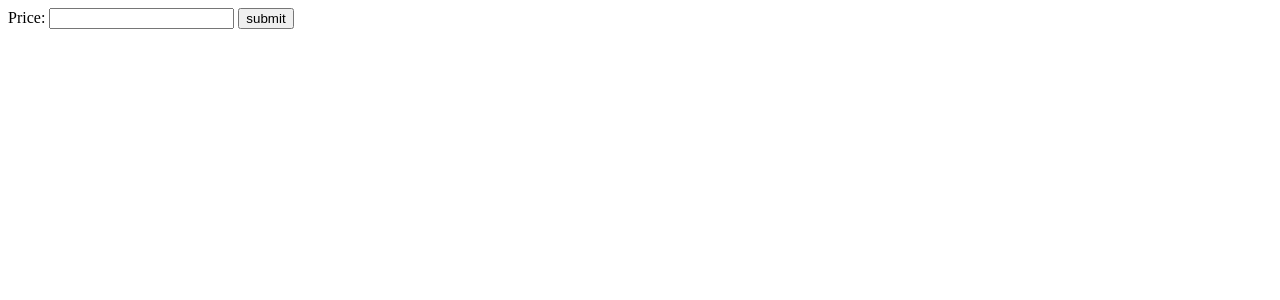
Repository: KoviAnusha/Typescript-files
Page: http://localhost/BookHomeAssignment/Update.jsp
An editor plug-in stored every save of this project. The page is shown before and after the next save, followed by the edit.
The browser window is 1280 px wide. The pictures show the whole page.
The page is served by Tomcat 9.

Above is the page before, as saved 2019-08-23 16:42:01.

After the next save:
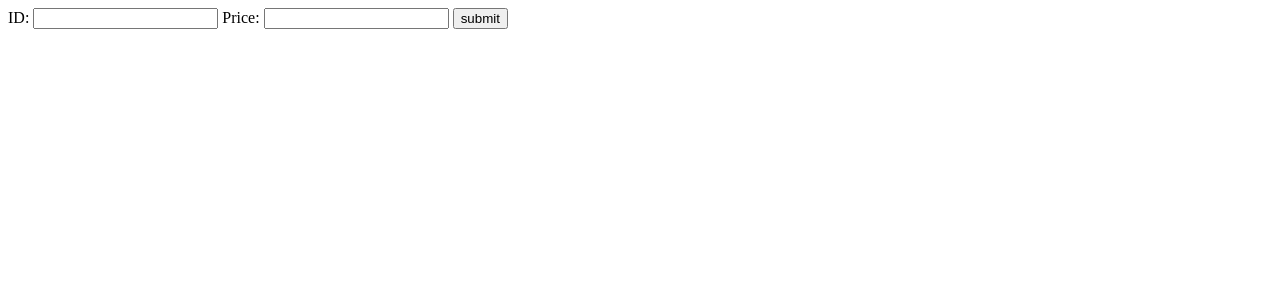
Saved 99 s later.
--- a/workspace-sts-3.9.9.RELEASE/BookHomeAssignment/WebContent/Update.jsp
+++ b/workspace-sts-3.9.9.RELEASE/BookHomeAssignment/WebContent/Update.jsp
@@ -6,6 +6,7 @@
 </head>
 <body>
 <form method="post" action="update">
+ID: <input type="text" name="id">
 Price: <input type="text" name="price">
 <input type="submit" value="submit">
 </form>
